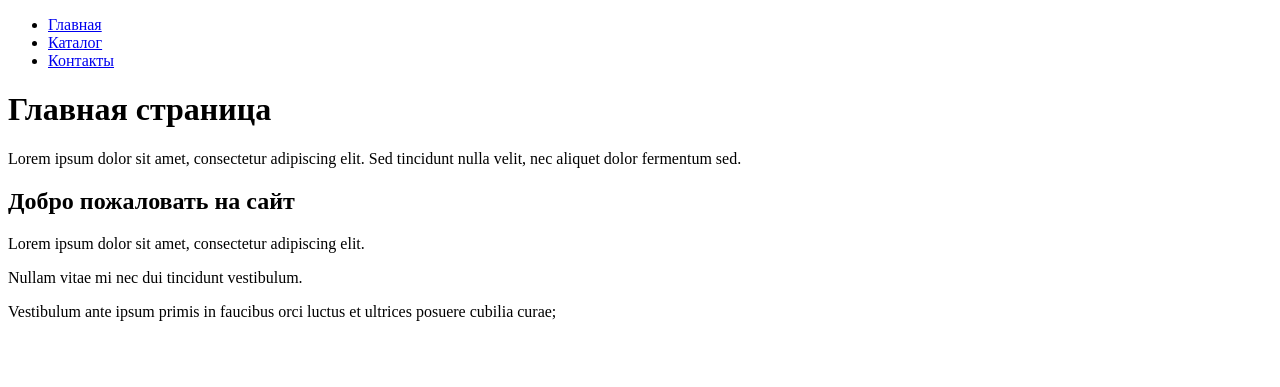
Repository: smartsoltech/html_CSS
Page: HW1/index.html
The author's editor kept a copy of each file at every save. The page is drawn from the files as they stood at one save, then again after the next save.
The browser window is 1280 px wide. The pictures show the whole page.

Above is the page before, as saved 2023-09-28 04:17:43.

After the next save:
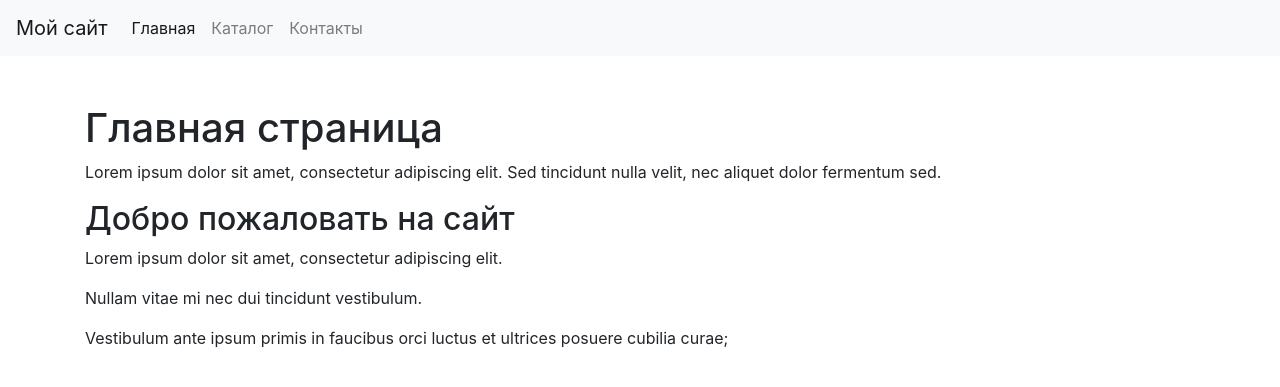
Saved 50 s later.
--- a/HW1/index.html
+++ b/HW1/index.html
@@ -4,20 +4,37 @@
     <meta charset="UTF-8">
     <meta name="viewport" content="width=device-width, initial-scale=1.0">
     <title>Мой сайт</title>
+    <!-- Bootstrap CSS -->
+    <link href="https://maxcdn.bootstrapcdn.com/bootstrap/4.5.2/css/bootstrap.min.css" rel="stylesheet">
 </head>
 <body>
-    <nav>
-        <ul>
-            <li><a href="index.html">Главная</a></li>
-            <li><a href="catalog/catalog.html">Каталог</a></li>
-            <li><a href="#">Контакты</a></li>
-        </ul>
+    <nav class="navbar navbar-expand-lg navbar-light bg-light">
+        <a class="navbar-brand" href="#">Мой сайт</a>
+        <div class="collapse navbar-collapse" id="navbarNav">
+            <ul class="navbar-nav">
+                <li class="nav-item active">
+                    <a class="nav-link" href="index.html">Главная</a>
+                </li>
+                <li class="nav-item">
+                    <a class="nav-link" href="catalog/catalog.html">Каталог</a>
+                </li>
+                <li class="nav-item">
+                    <a class="nav-link" href="#">Контакты</a>
+                </li>
+            </ul>
+        </div>
     </nav>
-    <h1>Главная страница</h1>
-    <p>Lorem ipsum dolor sit amet, consectetur adipiscing elit. Sed tincidunt nulla velit, nec aliquet dolor fermentum sed.</p>
-    <h2>Добро пожаловать на сайт</h2>
-    <p>Lorem ipsum dolor sit amet, consectetur adipiscing elit.</p>
-    <p>Nullam vitae mi nec dui tincidunt vestibulum.</p>
-    <p>Vestibulum ante ipsum primis in faucibus orci luctus et ultrices posuere cubilia curae;</p>
+    <div class="container mt-5">
+        <h1>Главная страница</h1>
+        <p>Lorem ipsum dolor sit amet, consectetur adipiscing elit. Sed tincidunt nulla velit, nec aliquet dolor fermentum sed.</p>
+        <h2>Добро пожаловать на сайт</h2>
+        <p>Lorem ipsum dolor sit amet, consectetur adipiscing elit.</p>
+        <p>Nullam vitae mi nec dui tincidunt vestibulum.</p>
+        <p>Vestibulum ante ipsum primis in faucibus orci luctus et ultrices posuere cubilia curae;</p>
+    </div>
+    <!-- Bootstrap JS, Popper.js, and jQuery -->
+    <script src="https://code.jquery.com/jquery-3.5.1.slim.min.js"></script>
+    <script src="https://cdn.jsdelivr.net/npm/@popperjs/core@2.9.3/dist/umd/popper.min.js"></script>
+    <script src="https://maxcdn.bootstrapcdn.com/bootstrap/4.5.2/js/bootstrap.min.js"></script>
 </body>
 </html>
